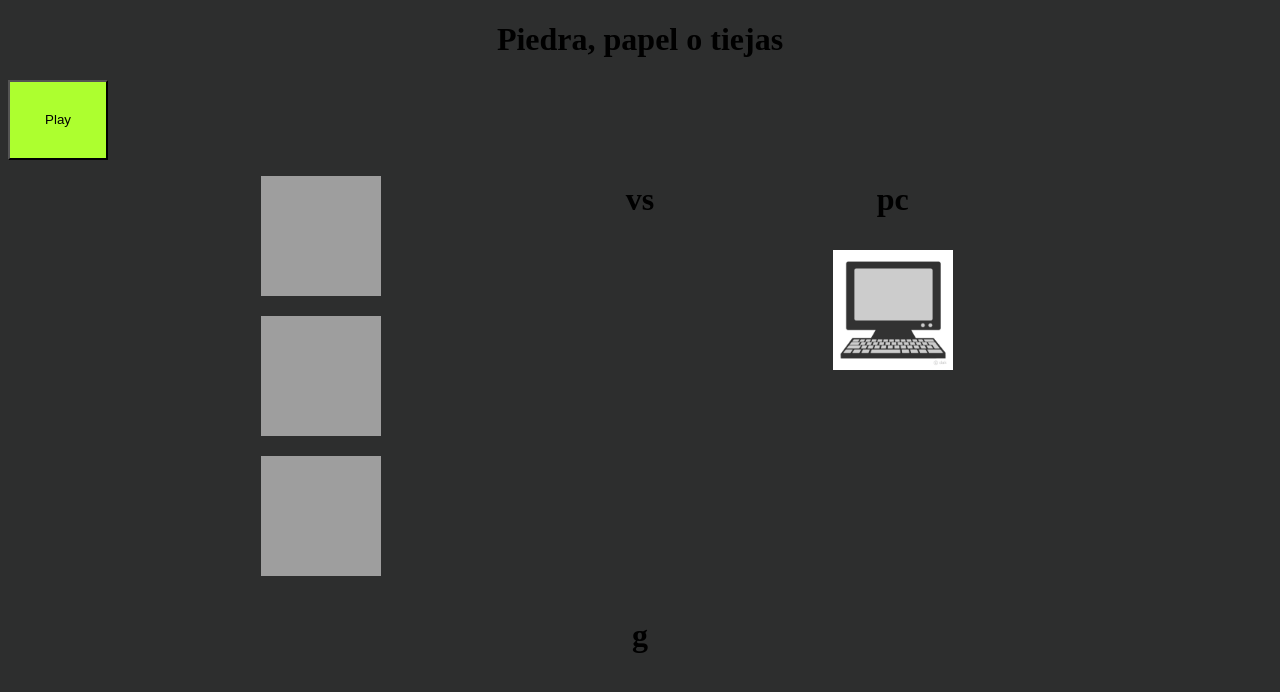
Repository: Kevin8548/FundamentosJS
Page: scissors.html
These files come from the project's save history. The page is drawn as it stood at one moment and after the next save; the edit follows.
The browser window is 1280 px wide. The pictures show the whole page.
Pictures or frames that could not be fetched are drawn as grey boxes.

Above is the page before, as saved 2024-09-23 05:50:23.
Console error: SyntaxError: Unexpected token ';'

### scissors.html
<!DOCTYPE html>
<html lang="en">
<head>
    <meta charset="UTF-8">
    <meta name="viewport" content="width=device-width, initial-scale=1.0">
    <title>Document</title>
    <link rel="stylesheet" href="style.css">
</head>
<body>
    <div class="content"></div>
    <script src="./concepts/scissors.js"></script>
    <h1>Piedra, papel o tiejas</h1>
    <button>Play</button>
    <div class="parent">


        <div class="div2">
            <p><img src="img/descarga.jpeg" alt=""></p>
            <p><img src="img/scissor-icon-transparent-free-png.webp" alt=""></p>
            <p><img src="img/png-clipart-paper-leaf-leaf-white-leaf-thumbnail.png" alt=""></p>
        </div>

        <div class="div3"><h1>vs</h1> </div>

        <div class="div4"> <h1>pc
            <p><img src="img/2775.png" alt=""></p>
        </h1></div>

        <div class="div5"><h1>g</h1> </div>

        </div>
</body>
</html>

### style.css
.parent {
display:grid ;
grid-template-columns: repeat(5, 1fr);
grid-template-rows: repeat(1.5, 1fr);
grid-column-gap: 0px;
grid-row-gap: 0px;
}

.div1 { grid-area: 1 / 3 / 2 / 4; }
.div2 { grid-area: 3 / 2 / 4 / 3; }
.div3 { grid-area: 3 / 3 / 4 / 4; }
.div4 { grid-area: 3 / 4 / 4 / 5; }
.div5 { grid-area: 5 / 3 / 6 / 4; }

h1{
text-align: center;
}

img{
width: 120px;
height: 120px;
}

body{
background-color: rgb(45, 46, 46);
}

button {
    background-color: greenyellow;
    width: 100px;
    height: 80px;
}

### concepts/scissors.js
const btnPLay = ;
const divUser = ;
const divMaq = ;
const message = ;

const play = () => {
    const choiceUser = prompt ('Elige; piedra, papel o tijeras');
    const aleatorio = Math.floor(Math.random() * 3);
    //Todo
    //Si aleatorio = 0 choicemaq= piedra y asi para 1  y 2
    //Comparaciones para determinar ganador
}

After the next save:
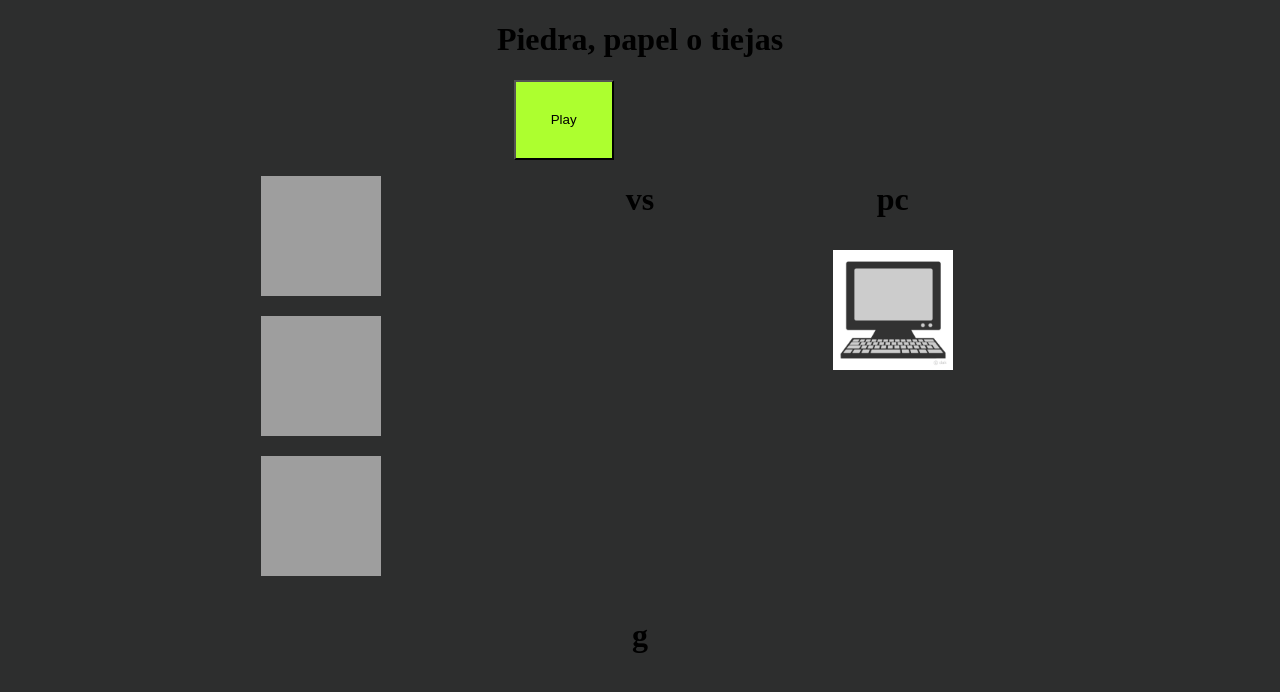
Saved 11 s later.
--- a/scissors.html
+++ b/scissors.html
@@ -10,9 +10,8 @@
     <div class="content"></div>
     <script src="./concepts/scissors.js"></script>
     <h1>Piedra, papel o tiejas</h1>
-    <button>Play</button>
     <div class="parent">
-
+        <div class="div1"> <button>Play</button> </div>
 
         <div class="div2">
             <p><img src="img/descarga.jpeg" alt=""></p>
